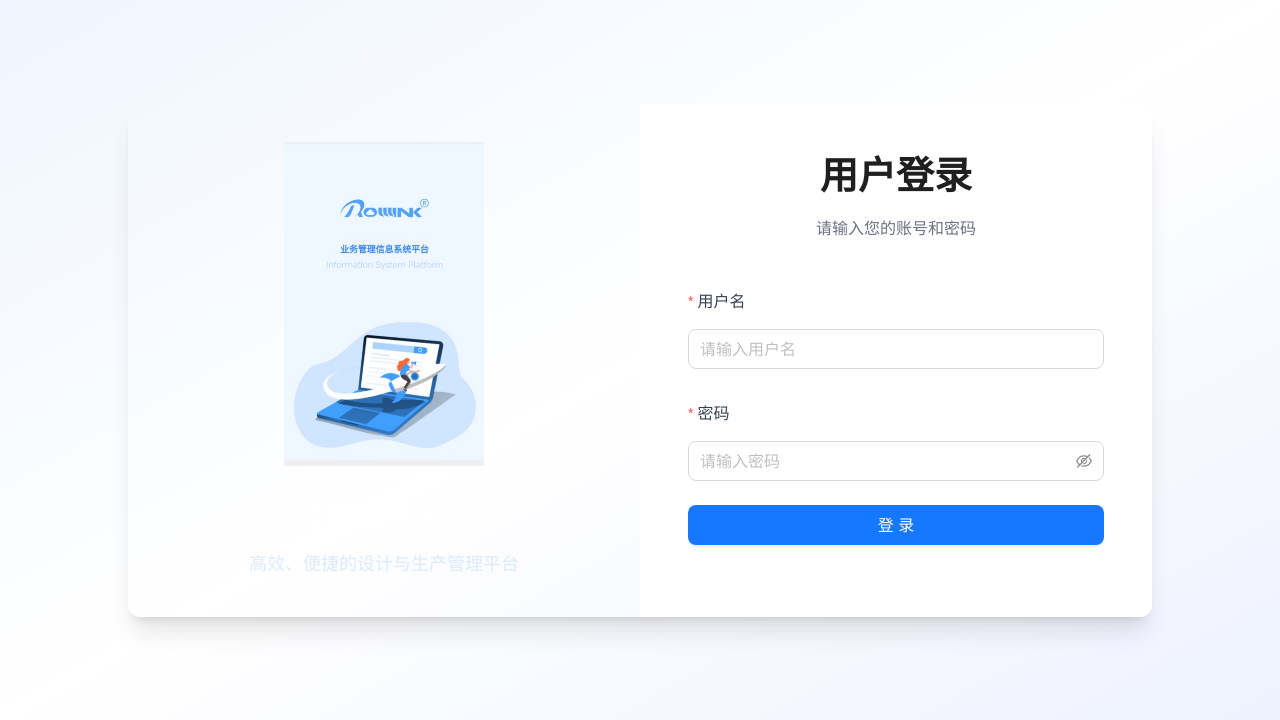
Repository: Garyxiwang/order_system
Page: /login (app in front/)
The author's editor kept a copy of each file at every save. The page is drawn from the files as they stood at one save, then again after the next save.
The browser window is 1280 px wide. The pictures show the whole page.
The project was rebuilt for these pictures with package versions that can differ from the ones it lists, and the page was loaded fresh each time. The framework's server and built-in components were replaced by stand-ins that run in the browser. Also part of the build but not shown: front/next.config.js, front/next.config.ts, front/src/components/layout/SideMenu.tsx.

Above is the page before, as saved 2025-08-04 14:44:52.

### front/src/app/layout.tsx
import type { Metadata } from "next";
import { Geist, Geist_Mono } from "next/font/google";
import "./globals.css";

const geistSans = Geist({
  variable: "--font-geist-sans",
  subsets: ["latin"],
});

const geistMono = Geist_Mono({
  variable: "--font-geist-mono",
  subsets: ["latin"],
});

export const metadata: Metadata = {
  title: "订单系统",
  description: "基于Next.js、TypeScript和Ant Design构建的订单系统",
};

import AppLayout from '@/components/layout/AppLayout';

export default function RootLayout({
  children,
}: Readonly<{
  children: React.ReactNode;
}>) {
  return (
    <html lang="zh-CN">
      <body
        className={`${geistSans.variable} ${geistMono.variable} antialiased`}
      >
        <AppLayout>
          {children}
        </AppLayout>
      </body>
    </html>
  );
}

### front/src/app/login/layout.tsx
export const dynamic = "force-dynamic";
export const revalidate = 0;

export default function LoginLayout({ children }: { children: React.ReactNode }) {
  return children;
}

### front/src/app/login/page.tsx
"use client";

import React from "react";
import { Form, Input, Button, Typography } from "antd";
import Image from "next/image";
import { useRouter } from "next/navigation";

const { Title } = Typography;

const LoginPage: React.FC = () => {
  const router = useRouter();

  interface LoginFormValues {
    username: string;
    password: string;
    remember?: boolean;
  }

  const onFinish = (values: LoginFormValues) => {
    console.log("登录信息:", values);
    // 模拟登录成功，实际项目中应该调用API
    router.push("/design");
  };

  return (
    <div className="flex min-h-screen items-center justify-center p-6 bg-gradient-to-br from-blue-50 via-white to-indigo-50">
      <div className="flex w-full max-w-5xl overflow-hidden rounded-xl shadow-xl">
        {/* 左侧图片区域 */}
        <div className="relative hidden w-1/2 md:block">
          <div className="flex h-full items-center justify-center">
            <div className="relative h-full w-full">
              <div className="absolute inset-0 flex flex-col items-center justify-center p-8 bg-gradient-to-br ">
                <Image
                  src="/login.png"
                  alt="登录页面图片"
                  width={200}
                  height={200}
                  className="mb-8"
                />
                <div className="text-center">
                  <h2 className="text-3xl font-bold text-white mb-4">订单管理系统</h2>
                <p className="text-blue-100 text-lg">高效、便捷的设计与生产管理平台</p>
                </div>
              </div>
            </div>
          </div>
        </div>

        {/* 右侧登录表单区域 */}
        <div className="w-full bg-white p-12 md:w-1/2">
          <div className="mb-10 text-center">
            <Title level={1} className="text-blue-700">用户登录</Title>
            <p className="text-gray-500 mt-2">请输入您的账号和密码</p>
          </div>

          <Form
            name="login"
            initialValues={{ remember: true }}
            onFinish={onFinish}
            layout="vertical"
            size="large"
            className="text-lg"
          >
            <Form.Item
              label={<span className="text-base font-medium text-gray-700">用户名</span>}
              name="username"
              rules={[{ required: true, message: "请输入用户名!" }]}
              className="mb-6"
            >
              <Input
                placeholder="请输入用户名"
                size="large"
                className="py-2 rounded-md border-gray-300 hover:border-blue-400 focus:border-blue-500"
              />
            </Form.Item>

            <Form.Item
              label={<span className="text-base font-medium text-gray-700">密码</span>}
              name="password"
              rules={[{ required: true, message: "请输入密码!" }]}
              className="mb-8"
            >
              <Input.Password
                placeholder="请输入密码"
                size="large"
                className="py-2 rounded-md border-gray-300 hover:border-blue-400 focus:border-blue-500"
              />
            </Form.Item>

            <Form.Item className="mt-10">
              <Button
                type="primary"
                htmlType="submit"
                block
                size="large"
                className="h-12 text-base font-medium bg-blue-600 hover:bg-blue-700 rounded-md shadow-md"
              >
                登 录
              </Button>
            </Form.Item>
          </Form>
        </div>
      </div>
    </div>
  );
};

export default LoginPage;

### front/src/app/globals.css
@import "tailwindcss";
/* Ant Design 5.x不再需要全局导入CSS文件 */

:root {
  --background: #ffffff;
  --foreground: #171717;
}

@theme inline {
  --color-background: var(--background);
  --color-foreground: var(--foreground);
  --font-sans: var(--font-geist-sans);
  --font-mono: var(--font-geist-mono);
}

@media (prefers-color-scheme: dark) {
  :root {
    --background: #0a0a0a;
    --foreground: #ededed;
  }
}

body {
  background: var(--background);
  color: var(--foreground);
  font-family: Arial, Helvetica, sans-serif;
}

### front/src/components/layout/AppLayout.tsx
"use client";

import React, { useState } from "react";
import { Layout, Menu, Avatar, Dropdown, Button, Space } from "antd";
import type { MenuProps } from "antd";
import {
  UserOutlined,
  LogoutOutlined,
  BellOutlined,
  SettingOutlined,
} from "@ant-design/icons";
import SideMenu from "@/components/layout/SideMenu";
import AntdRegistry from "../AntdRegistry";
import { usePathname, useRouter } from "next/navigation";
import Link from "next/link";

const { Content, Footer, Sider, Header } = Layout;

interface AppLayoutProps {
  children: React.ReactNode;
}

const AppLayout: React.FC<AppLayoutProps> = ({ children }) => {
  const pathname = usePathname();
  const router = useRouter();
  const isLoginPage = pathname === "/login";

  // 模拟当前用户信息
  const [currentUser] = useState({
    name: "张三",
    avatar: "",
    role: "管理员",
  });

  // 处理退出登录
  const handleLogout = () => {
    // 实际项目中应该调用登出API，清除token等
    console.log("用户登出");
    router.push("/login");
  };

  // 用户下拉菜单项
  const userMenuItems: MenuProps["items"] = [
    {
      key: "profile",
      icon: <UserOutlined />,
      label: "个人信息",
    },
    {
      key: "settings",
      icon: <SettingOutlined />,
      label: "账户设置",
    },
    {
      type: "divider",
    },
    {
      key: "logout",
      icon: <LogoutOutlined />,
      label: "退出登录",
      onClick: handleLogout,
    },
  ];

  return (
    <AntdRegistry>
      {isLoginPage ? (
        <>{children}</>
      ) : (
        <Layout className="min-h-screen">
          <Layout>
            <Sider
              width={250}
              theme="light"
              className="min-h-screen shadow-md z-10 bg-gradient-to-b from-blue-50 to-white"
              breakpoint="lg"
              collapsible
            >
              <div className="flex items-center justify-center py-6 px-4 border-b border-gray-100">
                <div className="text-xl font-bold text-blue-700 flex items-center">
                  <img src="/globe.svg" alt="Logo" className="w-8 h-8 mr-2" />
                  <span>订单系统</span>
                </div>
              </div>
              <div className="py-2">
                <SideMenu />
              </div>
            </Sider>
            <Layout>
              <Header
                style={{ backgroundColor: "white" }}
                className="px-6 flex justify-between items-center shadow-sm h-16 sticky top-0 z-10"
              >
                <div className="flex-1">
                  <Menu
                    mode="horizontal"
                    selectedKeys={[pathname.split("/")[1] || ""]}
                    className="border-b-0 font-medium"
                    items={[
                      {
                        key: "design",
                        label: (
                          <Link
                            href="/design"
                            className="text-gray-700 hover:text-blue-600"
                          >
                            设计管理
                          </Link>
                        ),
                      },
                      {
                        key: "split",
                        label: (
                          <Link
                            href="/split"
                            className="text-gray-700 hover:text-blue-600"
                          >
                            拆单管理
                          </Link>
                        ),
                      },
                      {
                        key: "config",
                        label: (
                          <Link
                            href="/config"
                            className="text-gray-700 hover:text-blue-600"
                          >
                            系统配置
                          </Link>
                        ),
                      },
                    ]}
                  />
                </div>
                <div className="flex items-center">
                  <Button
                    type="text"
                    icon={<BellOutlined className="text-lg" />}
                    className="mr-4 hover:bg-gray-100 h-10 w-10 flex items-center justify-center rounded-full"
                  />
                  <Dropdown
                    menu={{ items: userMenuItems }}
                    placement="bottomRight"
                    arrow
                  >
                    <Space className="cursor-pointer px-3 py-2 rounded-md hover:bg-gray-100 border border-gray-100">
                      <Avatar icon={<UserOutlined />} className="bg-blue-500" />
                      <span className="font-medium">{currentUser.name}</span>
                    </Space>
                  </Dropdown>
                </div>
              </Header>
              <Content className="p-6 m-4 bg-white rounded-lg shadow-sm">
                {children}
              </Content>
              <Footer className="text-center text-gray-500 bg-transparent">
                订单系统 ©{new Date().getFullYear()} -
                基于Next.js、TypeScript和Ant Design构建
              </Footer>
            </Layout>
          </Layout>
        </Layout>
      )}
    </AntdRegistry>
  );
};

export default AppLayout;

### front/src/components/AntdRegistry.tsx
'use client';

import React from 'react';
import { createCache, extractStyle, StyleProvider } from '@ant-design/cssinjs';
import type Entity from '@ant-design/cssinjs/es/Cache';
import { useServerInsertedHTML } from 'next/navigation';

interface AntdRegistryProps {
  children: React.ReactNode;
}

const AntdRegistry = ({ children }: AntdRegistryProps) => {
  const cache = React.useMemo<Entity>(() => createCache(), []);

  useServerInsertedHTML(() => {
    return (
      <style
        id="antd"
        dangerouslySetInnerHTML={{ __html: extractStyle(cache, true) }}
      />
    );
  });

  return <StyleProvider cache={cache}>{children}</StyleProvider>;
};

export default AntdRegistry;

After the next save:
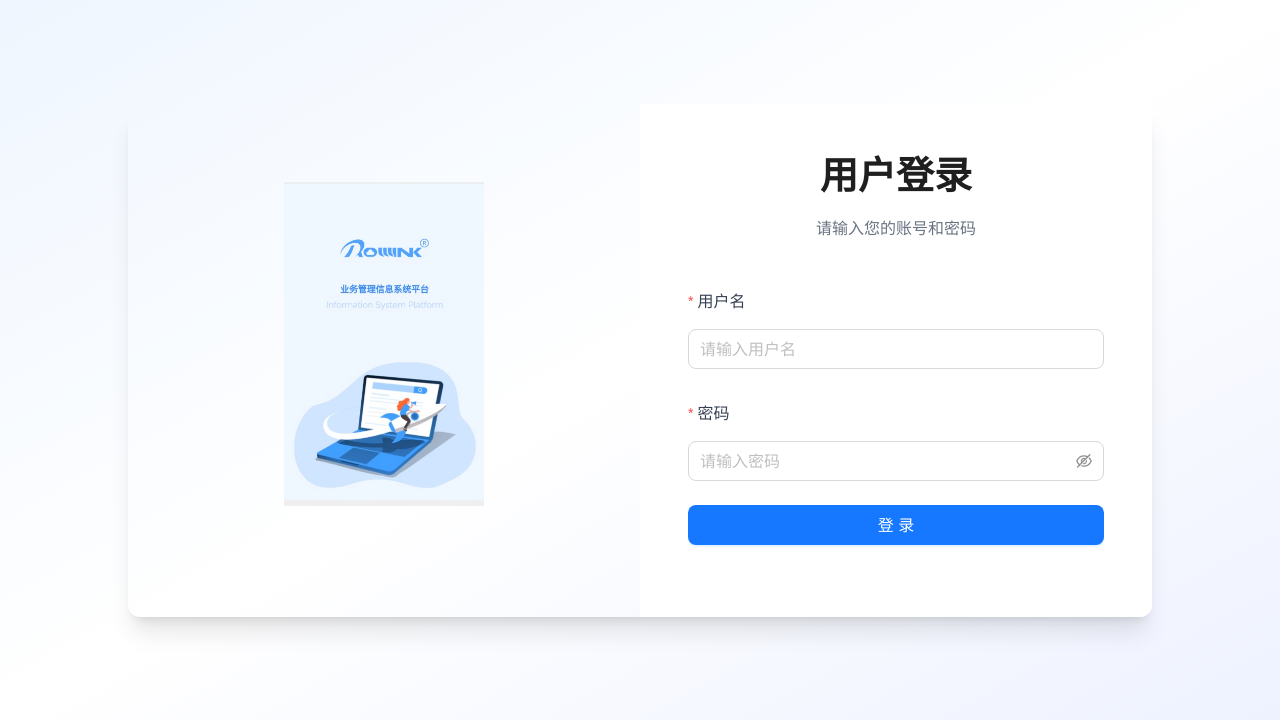
Saved 24 s later.
--- a/front/src/app/login/page.tsx
+++ b/front/src/app/login/page.tsx
@@ -37,10 +37,6 @@ const LoginPage: React.FC = () => {
                   height={200}
                   className="mb-8"
                 />
-                <div className="text-center">
-                  <h2 className="text-3xl font-bold text-white mb-4">订单管理系统</h2>
-                <p className="text-blue-100 text-lg">高效、便捷的设计与生产管理平台</p>
-                </div>
               </div>
             </div>
           </div>
@@ -49,7 +45,9 @@ const LoginPage: React.FC = () => {
         {/* 右侧登录表单区域 */}
         <div className="w-full bg-white p-12 md:w-1/2">
           <div className="mb-10 text-center">
-            <Title level={1} className="text-blue-700">用户登录</Title>
+            <Title level={1} className="text-blue-700">
+              用户登录
+            </Title>
             <p className="text-gray-500 mt-2">请输入您的账号和密码</p>
           </div>
 
@@ -62,7 +60,11 @@ const LoginPage: React.FC = () => {
             className="text-lg"
           >
             <Form.Item
-              label={<span className="text-base font-medium text-gray-700">用户名</span>}
+              label={
+                <span className="text-base font-medium text-gray-700">
+                  用户名
+                </span>
+              }
               name="username"
               rules={[{ required: true, message: "请输入用户名!" }]}
               className="mb-6"
@@ -75,7 +77,11 @@ const LoginPage: React.FC = () => {
             </Form.Item>
 
             <Form.Item
-              label={<span className="text-base font-medium text-gray-700">密码</span>}
+              label={
+                <span className="text-base font-medium text-gray-700">
+                  密码
+                </span>
+              }
               name="password"
               rules={[{ required: true, message: "请输入密码!" }]}
               className="mb-8"
